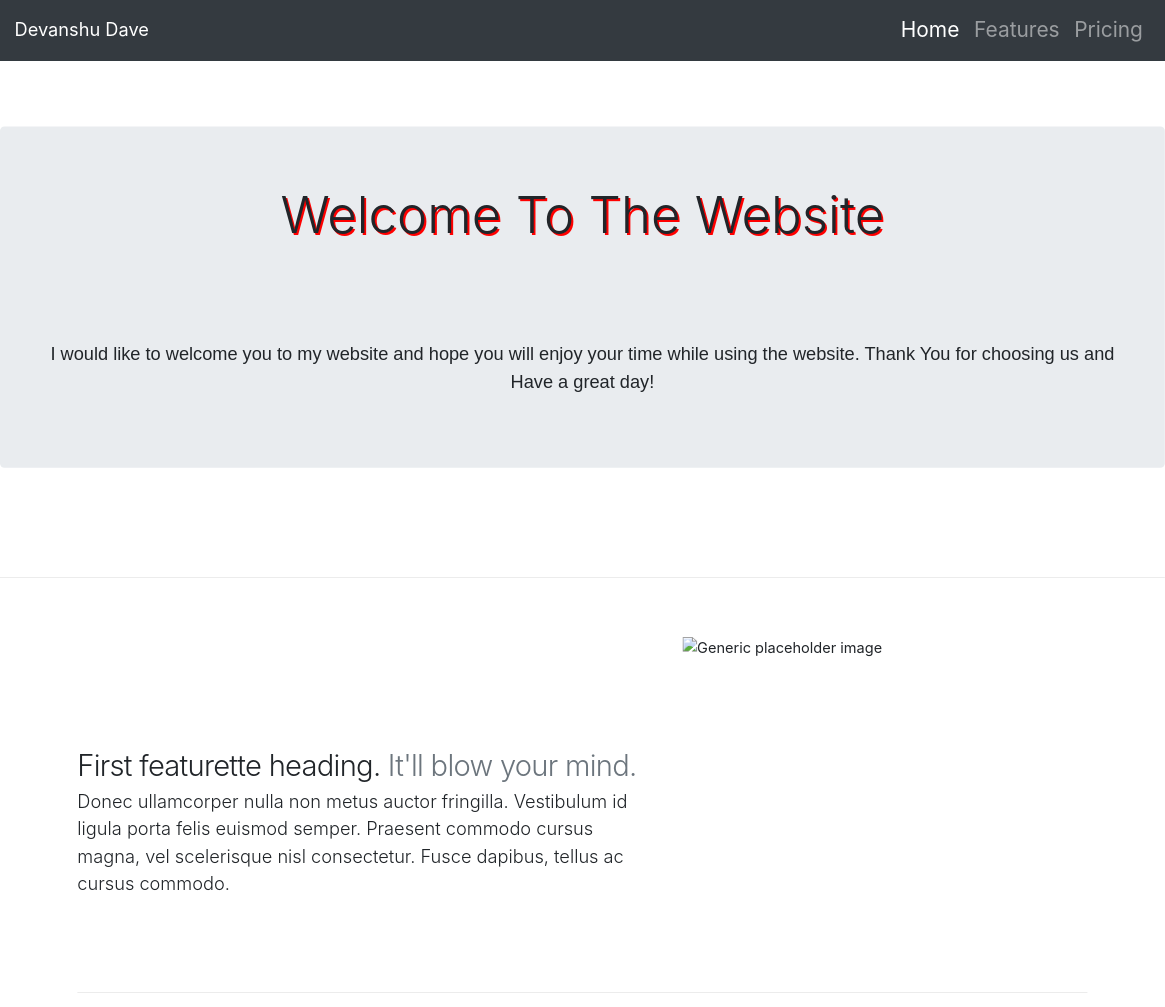
Repository: devanshudave1901/Mobile-Dev-Website
Page: index.html
These files come from the project's save history. The page is drawn as it stood at one moment and after the next save; the edit follows.
The browser window is 1280 px wide. The pictures show the whole page, at 91% of full size.
Some web libraries are served in a nearby version.

Above is the page before, as saved 2022-10-05 00:52:15.

After the next save:
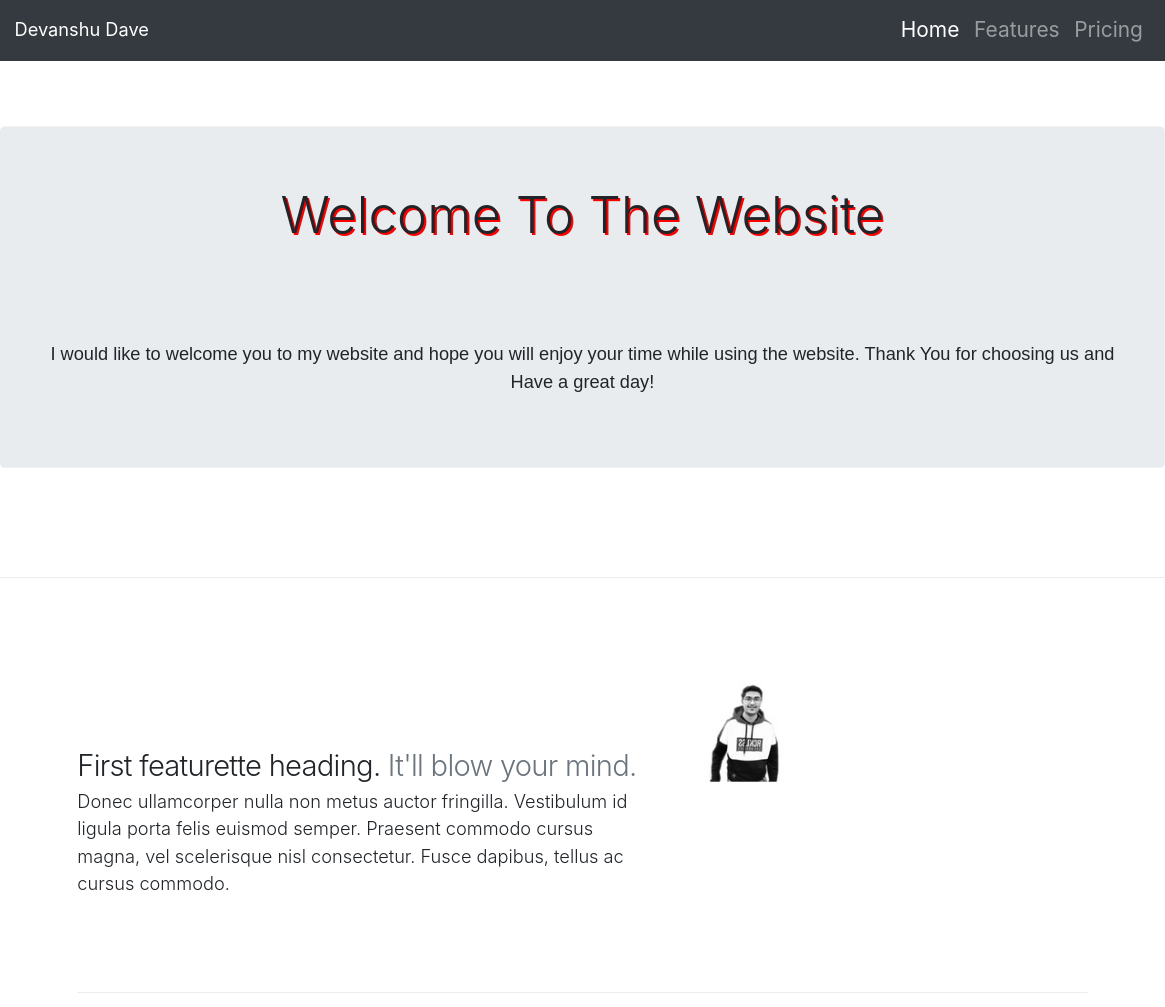
Saved 36 s later.
--- a/index.html
+++ b/index.html
@@ -110,7 +110,7 @@
         <div class="col-md-5">
           <img
             class="featurette-image img-fluid mx-auto"
-            data-src="../image/devProfile.JPG"
+            src="../image/devProfile.JPG"
             alt="Generic placeholder image"
           />
         </div>
